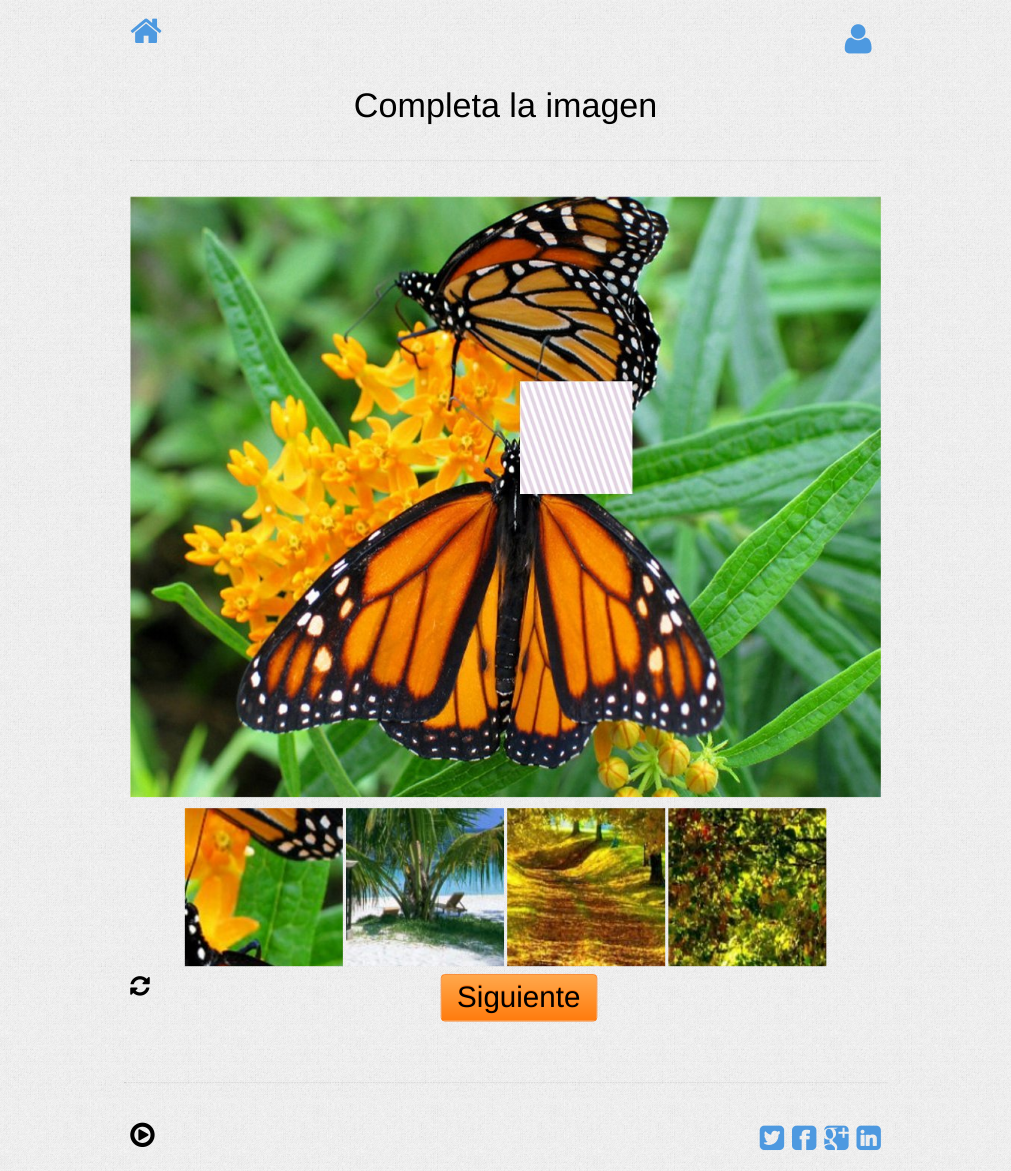
Repository: SCeruso/RememberMe
Page: puzzle.html
The author's editor kept a record of every edit. The page is drawn from the files as they stood at one moment, then again after the next edit.
The browser window is 1280 px wide. The pictures show the whole page, at 79% of full size.
Some web libraries are served in a nearby version.

Above is the page before.

### puzzle.html
<!DOCTYPE html>
<html>
<head>
	<!-- META -->
	<title>HTML KickStart Elements</title>
	<meta charset="UTF-8">
	<meta name="viewport" content="width=device-width, initial-scale=1.0"/>
	<meta name="description" content="" />

	<!-- CSS -->
	<link rel="stylesheet" type="text/css" href="css/kickstart.css" media="all" />
	<link rel="stylesheet" type="text/css" href="style.css" media="all" />

	<!-- Javascript -->
	<script type="text/javascript" src="https://ajax.googleapis.com/ajax/libs/jquery/1.9.1/jquery.min.js"></script>
	<script type="text/javascript" src="js/kickstart.js"></script>

</head>
<body>
<div class="grid">
    <div class="col_12">
            <h2 class="left">
                <a href="juegosde.html">
                    <i class="icon-home pull-left"></i>
                </a>
                <a href="perfil.html"><i class="icon-user icon-border pull-right"></i></a>
            </h2>
    </div>
	<div class="col_12">
            <h2 class="center">
        	        <p>Completa la imagen</p>
        	    </h2>
		<hr/>
	</div>
    <div class="col_12 center">
        <img id="puzzle" width="1000" height="800" />
    </div>
	<div class="col_12">
        <div class="gallery center">
            <img id="im0"  width="200" height="200"/>
            <img id="im1"  width="200" height="200"/>
            <img id="im2"  width="200" height="200"/>
            <img id="im3"  width="200" height="200"/>
        </div>
        <h4 style="margin-bottom:40px;" class="center">
            <i id="recarga"class="icon-refresh pull-left"></i>
            <p><a id="Siguiente" class="large button orange"><font color="black">Siguiente</font></a></p>

        </h4>
	</div>
    <script type="text/javascript" src="js/puzzle.js"></script>
    <hr />
    <div class="col_12">
        <h3 class="right">
            <a href = "http://www.twitter.com" target = "blank">
                <i class="icon-twitter-sign" title= "Twitter"></i></a>
            <a href = "http://www.facebook.com" target = "blank">
                <i class="icon-facebook-sign" title= "Facebook"></i></a>
            <a href = "http://www.google.com" target = "blank">
                <i class="icon-google-plus-sign" title= "Google +"></i></a>
            <a href = "http://www.linkedin.com" target = "blank">
                <i class="icon-linkedin-sign" title= "Twitter"></i></a>
	    <i class=" icon-play-circle pull-left"></i>
        </h3>
    </div>
</div> <!-- End Grid -->
</body>
</html>

### style.css
/*
	99Lime.com HTML KickStart by Joshua Gatcke
	style.css

*/

/*---------------------------------
	IMPORTS
-----------------------------------*/
@import url(http://fonts.googleapis.com/css?family=Arimo:400,700);

/*---------------------------------
	OVERRIDES
-----------------------------------*/
h1,h2,h3,h4,h5,h6{
font-family: "Arimo", arial, verdana, sans-serif;
font-weight:normal;
}

thead th,
tbody th{
font-family: "Arimo", arial, verdana, sans-serif;
}

button,
a.btn,
input[type="submit"],
input[type="reset"],
input[type="button"]{
font-family: "Arimo", arial, verdana, sans-serif;
}

.menu{
font-family: "Arimo", arial, verdana, sans-serif;
}

blockquote{
font-family: "Arimo", arial, verdana, sans-serif;
}

/*---------------------------------
	LAYOUT
-----------------------------------*/
body{
margin:0;
padding:0 0 0 0;
color:#000;
/*background-repeat:repeat;*/
background:#efefef url(css/img/gray_jean.png);
/*background-size:cover;*/
/*background-image:url(css/img/gray_jean.png);*/
font:normal 0.9em/150% 'Arimo', arial, verdana, sans-serif;
text-shadow: 0 0 1px transparent; /* google font pixelation fix */
}

#wrap{
width:100%;
background:#fff;
margin:30px auto 30px auto;
padding:0 2%;
border:1px solid #ccc;
}


#footer{
text-align:center;
padding:20px;
margin:0;
border-top:1px solid #ddd;
color:#999;
font-size:0.8em;
text-shadow:0px 1px 1px #fff;
position: relative;
top:0;
left:0;
background:#fff;
}

	#link-top{
	display:none;
	}

/* NAV BAR*/
.navbar{
position:fixed;
top:0;
left:0;
width: 100%;
background:#000;
color:#fff;
z-index:1000;
}

	.navbar #logo{
	position:absolute;
	top:0;
	right:0;
	padding:0.5em 1em;
	font-size: 1.7em;
	color:#efefef;
	text-decoration:none;
	}

	.navbar span{
	color:#86dc00;
	}


	.navbar ul{
	display:inline-block;
	margin:0;
	padding:0;
	}

		.navbar li{
		margin:0;
		padding:0;
		list-style-type:0;
		display:inline-block;
		}

		.navbar li a{
		display:inline-block;
		color:#efefef;
		padding:1em 1.3em;
		text-decoration:none;
		text-transform: uppercase;
		line-height:100%;
		font-size: 1.2em;
		}

.callout{
background:#4598ef;/*#86dc00;*/
padding:3em 0;
color:#fff;
box-shadow:inset 0 0 10px rgba(0,0,0,0.2);
text-align: center;
text-shadow:0px 1px 3px rgba(0,0,0,0.2);
display:block;
}
	.callout + div.grid{margin-top:50px;}
	 a.callout{cursor:pointer;}
	 .callout i.icon-4x{font-size:6em;}
	 .callout h4{margin-bottom:30px;}
	 .callout-top{margin:50px 0 0 0;}
	 .callout p{margin-bottom:0;}
	 .callout .button{margin-top:10px;}
	 .callout.green{background:#19ad0b;/*#86dc00;*/}

#mc_embed_signup{
padding:30px 0;
}

#ui-preview{
border:5px solid #ddd;
margin:30px 0;
display:block;
}

### css/kickstart-grid.css
/*
	99Lime.com HTML KickStart by Joshua Gatcke
	kickstart-grids.css

	DO NOT EDIT THIS FILE unless you know what you are doing.
*/
/*---------------------------------
	GRID/COLUMNS
-----------------------------------
	tinyfluidgrid.com
	& girlfriendnyc.com
	with changes by 99Lime
-----------------------------------*/
 /*
 & Columns : 12
 & Gutter %: 20%
 & MaxWidth: 1280px
 */

.grid{
max-width:1220px;
margin:0 auto;
padding:0 2em;
}

.grid.flex{
width:100%;
max-width:100%;
padding:0 2%;
padding:2em;
}

.row{
display:block;
overflow:hidden;
clear:both;
}

*[class*="col_"].alpha{margin-left:0;}
*[class*="col_"].omega{margin-right:0;}

.col_1  { width: 6.6666666666667%; }
.col_2  { width: 15%; }
.col_3  { width: 23.333333333333%; }
.col_4  { width: 31.666666666667%; }
.col_5  { width: 40%; }
.col_6  { width: 48.333333333333%; }
.col_7  { width: 56.666666666667%; }
.col_8  { width: 65%; }
.col_9  { width: 73.333333333333%; }
.col_10 { width: 81.666666666667%; }
.col_11 { width: 90%; }
.col_12 { width: 98.333333333333%; }

*[class*="col_"]{
margin-left: 0.83333333333333%;
margin-right: 0.83333333333333%;
margin-top:0.5em;
margin-bottom:0.5em;
float: left;
display: block;
}

.grid img{
max-width: 100%;
height:auto;
}

.clear{clear:both;display:block;overflow:hidden;visibility:hidden;width:0;height:0}
.clearfix:after{clear:both;content:' ';display:block;font-size:0;line-height:0;visibility:hidden;width:0;height:0}
* html .clearfix, *:first-child+html .clearfix{zoom:1}

/* Viewable Grids
	To view your grids, add the class .visible to any grid container.
	This will add a background color so you can see the layout of your grids.
*/
*[class*="col_"].visible{
background:#eee;
border:1px dotted #ccc;
}


/*---------------------------------
	Responsive Grid Media Queries - 1280, 1024, 768, 480
	1280-1024 	- desktop (default grid)
	1024-768 	- tablet landscape
	768-480 	- tablet
	480-less 	- phone landscape & smaller
-----------------------------------*/
@media all and (min-width: 1024px) and (max-width: 1280px) {

	.grid *[class*="col_"]{}
	.grid{max-width: 1024px;}
	.show-desktop	{display:block;}
	.hide-desktop	{display:none;}
	.show-tablet	{display:none;}
	.hide-tablet	{display:block;}
	.show-phone		{display:none;}
	.hide-phone		{display:block;}

}

@media all and (min-width: 768px) and (max-width: 1024px) {

	.grid *[class*="col_"]{}
	.grid{max-width: 768px;}
	.show-desktop	{display:none;}
	.hide-desktop	{display:block;}
	.show-tablet	{display:block;}
	.hide-tablet	{display:none;}
	.show-phone		{display:none;}
	.hide-phone		{display:block;}

}


@media all and (min-width: 480px) and (max-width: 768px) {

	.grid *[class*="col_"]{
	float:none;
	width:auto;
	clear:both;
	display:block;
	}

	/* columns inside of columns */
	.grid *[class*="col_"] [class*="col_"]{
	margin-left:0;
	margin-right:0;
	width:100%;
	}

	.grid{max-width: 480px;}
	.show-desktop	{display:none;}
	.hide-desktop	{display:block;}
	.show-tablet	{display:block;}
	.hide-tablet	{display:none;}
	.show-phone		{display:none;}
	.hide-phone		{display:block;}

}

@media all and (max-width: 480px) {

	.grid *[class*="col_"]{
	float:none;
	width:auto;
	clear:both;
	display:block;
	}

	/* columns inside of columns */
	.grid *[class*="col_"] [class*="col_"]{
	margin-left:0;
	margin-right:0;
	width:100%;
	}

	.grid{max-width: 100%;/*320*/}
	.show-desktop	{display:none;}
	.hide-desktop	{display:block;}
	.show-tablet	{display:none;}
	.hide-tablet	{display:block;}
	.show-phone		{display:block;}
	.hide-phone		{display:none;}

}

### css/kickstart-slideshow.css
/*---------------------------------
	SLIDESHOW2 - Slight Fixes for the slideshow layout *needs work
-----------------------------------*/

	.slideshow{
	clear:both;
	margin:0;
	padding:0;
	width:auto;
	height:auto;
	overflow:hidden;
	}

		.slideshow li{
		list-style-type:none;
		margin:0;
		padding:0;
		float:left;
		display:block;
		}

/**
 * BxSlider v4.0 - Fully loaded, responsive content slider
 * http://bxslider.com
 *
 * Written by: Steven Wanderski, 2012
 * http://stevenwanderski.com
 * (while drinking Belgian ales and listening to jazz)
 *
 * CEO and founder of bxCreative, LTD
 * http://bxcreative.com
 */


/** RESET AND LAYOUT
===================================*/
.bx-wrapper, .bx-wrapper *{
	-webkit-box-sizing: content-box; /* Safari/Chrome, other WebKit */
  	-moz-box-sizing: content-box;    /* Firefox, other Gecko */
  	box-sizing: content-box;         /* Opera/IE 8+ */
}

.bx-wrapper {
	position: relative;
	margin: 0 0 60px;
	padding: 0;
	*zoom: 1;
}

.bx-wrapper img {
	width: 100%;
	display: block;
}

/** THEME
===================================*/

.bx-wrapper .bx-viewport {
	-moz-box-shadow: 0 0 5px #ccc;
	-webkit-box-shadow: 0 0 5px #ccc;
	box-shadow: 0 0 5px #ccc;
	border: solid #fff 5px;
	left: 0;
	background: #fff;
}

.bx-wrapper .bx-pager,
.bx-wrapper .bx-controls-auto {
	position: absolute;
	bottom: -30px;
	width: 100%;
}

/* LOADER */

.bx-wrapper .bx-loading {
	min-height: 50px;
	background: url(img/bx_loader.gif) center center no-repeat #fff;
	height: 100%;
	width: 100%;
	position: absolute;
	top: 0;
	left: 0;
	z-index: 2000;
}

/* PAGER */

.bx-wrapper .bx-pager {
	text-align: center;
	font-size: .85em;
	font-family: Arial;
	font-weight: bold;
	color: #666;
	padding-top: 20px;
}

.bx-wrapper .bx-pager .bx-pager-item,
.bx-wrapper .bx-controls-auto .bx-controls-auto-item {
	display: inline-block;
	*zoom: 1;
	*display: inline;
}

.bx-wrapper .bx-pager.bx-default-pager a {
	background: #666;
	text-indent: -9999px;
	display: block;
	width: 10px;
	height: 10px;
	margin: 0 5px;
	outline: 0;
	-moz-border-radius: 5px;
	-webkit-border-radius: 5px;
	border-radius: 5px;
}

.bx-wrapper .bx-pager.bx-default-pager a:hover,
.bx-wrapper .bx-pager.bx-default-pager a.active {
	background: #000;
}

/* DIRECTION CONTROLS (NEXT / PREV) */

.bx-wrapper .bx-prev {
	left: 10px;
	background: url(img/controls.png) no-repeat 0 -32px;
}

.bx-wrapper .bx-next {
	right: 10px;
	background: url(img/controls.png) no-repeat -43px -32px;
}

.bx-wrapper .bx-prev:hover {
	background-position: 0 0;
}

.bx-wrapper .bx-next:hover {
	background-position: -43px 0;
}

.bx-wrapper .bx-controls-direction a {
	position: absolute;
	top: 50%;
	margin-top: -16px;
	outline: 0;
	width: 32px;
	height: 32px;
	text-indent: -9999px;
	z-index: 9999;
}

.bx-wrapper .bx-controls-direction a.disabled {
	display: none;
}

/* AUTO CONTROLS (START / STOP) */

.bx-wrapper .bx-controls-auto {
	text-align: center;
}

.bx-wrapper .bx-controls-auto .bx-start {
	display: block;
	text-indent: -9999px;
	width: 10px;
	height: 11px;
	outline: 0;
	background: url(img/controls.png) -86px -11px no-repeat;
	margin: 0 3px;
}

.bx-wrapper .bx-controls-auto .bx-start:hover,
.bx-wrapper .bx-controls-auto .bx-start.active {
	background-position: -86px 0;
}

.bx-wrapper .bx-controls-auto .bx-stop {
	display: block;
	text-indent: -9999px;
	width: 9px;
	height: 11px;
	outline: 0;
	background: url(img/controls.png) -86px -44px no-repeat;
	margin: 0 3px;
}

.bx-wrapper .bx-controls-auto .bx-stop:hover,
.bx-wrapper .bx-controls-auto .bx-stop.active {
	background-position: -86px -33px;
}

/* PAGER WITH AUTO-CONTROLS HYBRID LAYOUT */

.bx-wrapper .bx-controls.bx-has-controls-auto.bx-has-pager .bx-pager {
	text-align: left;
	width: 80%;
}

.bx-wrapper .bx-controls.bx-has-controls-auto.bx-has-pager .bx-controls-auto {
	right: 0;
	width: 35px;
}

/* IMAGE CAPTIONS */

.bx-wrapper .bx-caption {
	position: absolute;
	bottom: 0;
	left: 0;
	background: #666\9;
	background: rgba(80, 80, 80, 0.75);
	width: 100%;
}

.bx-wrapper .bx-caption span {
	color: #fff;
	font-family: Arial;
	display: block;
	font-size: .85em;
	padding: 10px;
}

### css/tiptip.css
/*
	TipTip CSS - Version 1.2
	http://code.drewwilson.com/entry/tiptip-jquery-plugin
*/

#tiptip_holder { display: none; position: absolute; top: 0; left: 0; z-index: 99999; }
#tiptip_holder.tip_top { padding-bottom: 5px; }
#tiptip_holder.tip_bottom { padding-top: 5px; }
#tiptip_holder.tip_right { padding-left: 5px; }
#tiptip_holder.tip_left { padding-right: 5px; }

#tiptip_content {
font-size: 11px;
color: #fff;
text-shadow: 0 0 2px #000;
padding: 4px 8px;
border: 1px solid rgba(255,255,255,0.25);
background:#212121;
background-color: rgba(25,25,25,0.92);
background-image: -webkit-gradient(linear, 0% 0%, 0% 100%, from(transparent), to(#000));
-webkit-border-radius: 3px;
-moz-border-radius: 3px;
border-radius: 3px;
-webkit-box-shadow: 0 0 3px #555;
-moz-box-shadow: 0 0 3px #555;
box-shadow: 0 0 3px #555;
*background:#212121;
}

#tiptip_arrow, #tiptip_arrow_inner {
position: absolute;
border-color: transparent;
border-style: solid;
border-width: 6px;
height: 0;
width: 0;
}

#tiptip_holder.tip_top #tiptip_arrow {
border-top-color: #fff;
border-top-color: rgba(255,255,255,0.35);
}

#tiptip_holder.tip_bottom #tiptip_arrow {
border-bottom-color: #fff;
border-bottom-color: rgba(255,255,255,0.35);
}

#tiptip_holder.tip_right #tiptip_arrow {
border-right-color: #fff;
border-right-color: rgba(255,255,255,0.35);
}

#tiptip_holder.tip_left #tiptip_arrow {
border-left-color: #fff;
border-left-color: rgba(255,255,255,0.35);
}

#tiptip_holder.tip_top #tiptip_arrow_inner {
margin-top: -7px;
margin-left: -6px;
border-top-color: rgb(25,25,25);
border-top-color: rgba(25,25,25,0.92);
}

#tiptip_holder.tip_bottom #tiptip_arrow_inner {
margin-top: -5px;
margin-left: -6px;
border-bottom-color: rgb(25,25,25);
border-bottom-color: rgba(25,25,25,0.92);
}

#tiptip_holder.tip_right #tiptip_arrow_inner {
margin-top: -6px;
margin-left: -5px;
border-right-color: rgb(25,25,25);
border-right-color: rgba(25,25,25,0.92);
}

#tiptip_holder.tip_left #tiptip_arrow_inner {
margin-top: -6px;
margin-left: -7px;
border-left-color: rgb(25,25,25);
border-left-color: rgba(25,25,25,0.92);
}

/* Webkit Hacks  */
@media screen and (-webkit-min-device-pixel-ratio:0) {
	#tiptip_content {
		padding: 4px 8px 5px 8px;
		background-color: rgba(45,45,45,0.88);
	}
	#tiptip_holder.tip_bottom #tiptip_arrow_inner {
		border-bottom-color: rgba(45,45,45,0.88);
	}
	#tiptip_holder.tip_top #tiptip_arrow_inner {
		border-top-color: rgba(20,20,20,0.92);
	}
}

Loaded but not shown: css/jquery.fancybox-1.3.4.css (library); css/prettify.css (common file); css/fonts/fontawesome/css/font-awesome.min.css (library); js/kickstart.js (424 lines, source omitted); js/puzzle.js (67 lines, source omitted); css/kickstart-buttons.css (369 lines, source omitted); css/kickstart.css (508 lines, source omitted); css/kickstart-menus.css (180 lines, source omitted); css/kickstart-forms.css (290 lines, source omitted)

After the next edit:
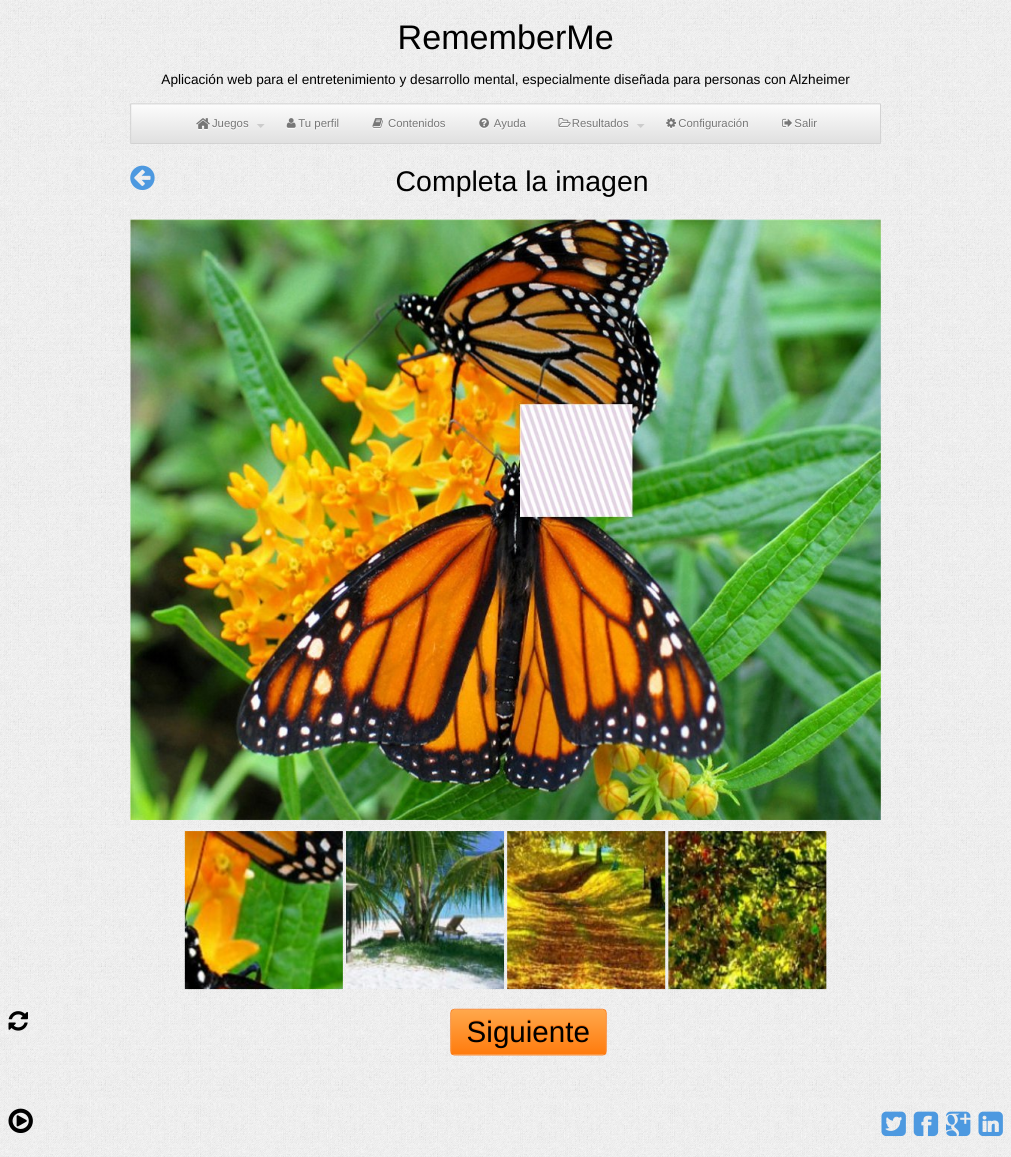
The edit:
--- a/puzzle.html
+++ b/puzzle.html
@@ -18,38 +18,73 @@
 </head>
 <body>
 <div class="grid">
-    <div class="col_12">
-            <h2 class="left">
-                <a href="juegosde.html">
-                    <i class="icon-home pull-left"></i>
-                </a>
-                <a href="perfil.html"><i class="icon-user icon-border pull-right"></i></a>
-            </h2>
-    </div>
+<div class="col_12">
+                    <h2 class="center">
+                        RememberMe
+                    </h2>
+                    <h6 class="center">
+                        Aplicaci&oacute;n web para el entretenimiento y desarrollo mental, especialmente diseñada para personas con Alzheimer
+                    </h6>
+                </div>
+
+               <div class="col_12">
+
+
+                    <ul class="menu center" color="red">
+                    <li><a href="juegosde.html"><i class="icon-home icon-large"></i>Juegos</a>
+                        <ul>
+                            <li><a href="puzzle.html">Lógica</a></li>
+                            <li><a href="memoria.html">Memoria</a></li>
+                            <li><a href="tusimagenes.html">Tus imágenes</a></li>
+                        </ul>
+                    </li>
+                    <li><a href="perfil.html"><i class="icon-user"></i>Tu perfil</a>
+                    <li><a href="contenido.html"><i class="icon-book"></i> Contenidos</a></li>
+                    <li><a href="ayuda.html"><i class="icon-question-sign"></i> Ayuda</a></li>
+                    <li><a href="resultados.html"><i class="icon-folder-open-alt"></i>Resultados</a>
+                    <ul>
+                        <li><a href="resultados.html">Hoy</a></li>
+                        <li><a href="resultados_semana.html">Esta semana</a></li>
+                        <li><a href="resultados_mes.html">Este mes</a></li>
+                        <li><a href="resultados_generales.html">Generales</a></li>
+                    </ul>
+                    <li><a href="iniciarSesion.html"><i class="icon-cog"></i>Configuraci&oacute;n</a></li>
+                    <li><a href="iniciarSesion.html"><i class="icon-signout"></i>Salir</a></li>
+                    </ul>
+
+      </div>
+
 	<div class="col_12">
-            <h2 class="center">
-        	        <p>Completa la imagen</p>
-        	    </h2>
-		<hr/>
+
+
+            <h3 class="center">
+			<a href="juegosde.html"><i class="icon-circle-arrow-left pull-left"></i></a>
+        	        Completa la imagen
+	    </h3>
+
+
 	</div>
     <div class="col_12 center">
         <img id="puzzle" width="1000" height="800" />
     </div>
 	<div class="col_12">
-        <div class="gallery center">
-            <img id="im0"  width="200" height="200"/>
-            <img id="im1"  width="200" height="200"/>
-            <img id="im2"  width="200" height="200"/>
-            <img id="im3"  width="200" height="200"/>
+	  <div class="gallery center">
+	      <img id="im0"  width="200" height="200"/>
+	      <img id="im1"  width="200" height="200"/>
+	      <img id="im2"  width="200" height="200"/>
+	      <img id="im3"  width="200" height="200"/>
+	  </div>
         </div>
-        <h4 style="margin-bottom:40px;" class="center">
-            <i id="recarga"class="icon-refresh pull-left"></i>
-            <p><a id="Siguiente" class="large button orange"><font color="black">Siguiente</font></a></p>
-
-        </h4>
+     </div>
+        <div class="col_12">
+	    <h4 style="margin-bottom:40px;" class="center">
+		<i id="recarga" class="icon-refresh pull-left"></i>
+		&nbsp;&nbsp;
+		<a id="Siguiente" class="large button orange"><font color="black">Siguiente</font></a>
+	    </h4>
 	</div>
     <script type="text/javascript" src="js/puzzle.js"></script>
-    <hr />
+
     <div class="col_12">
         <h3 class="right">
             <a href = "http://www.twitter.com" target = "blank">
@@ -59,7 +94,7 @@
             <a href = "http://www.google.com" target = "blank">
                 <i class="icon-google-plus-sign" title= "Google +"></i></a>
             <a href = "http://www.linkedin.com" target = "blank">
-                <i class="icon-linkedin-sign" title= "Twitter"></i></a>
+                <i class="icon-linkedin-sign" title= "Linkedin"></i></a>
 	    <i class=" icon-play-circle pull-left"></i>
         </h3>
     </div>
